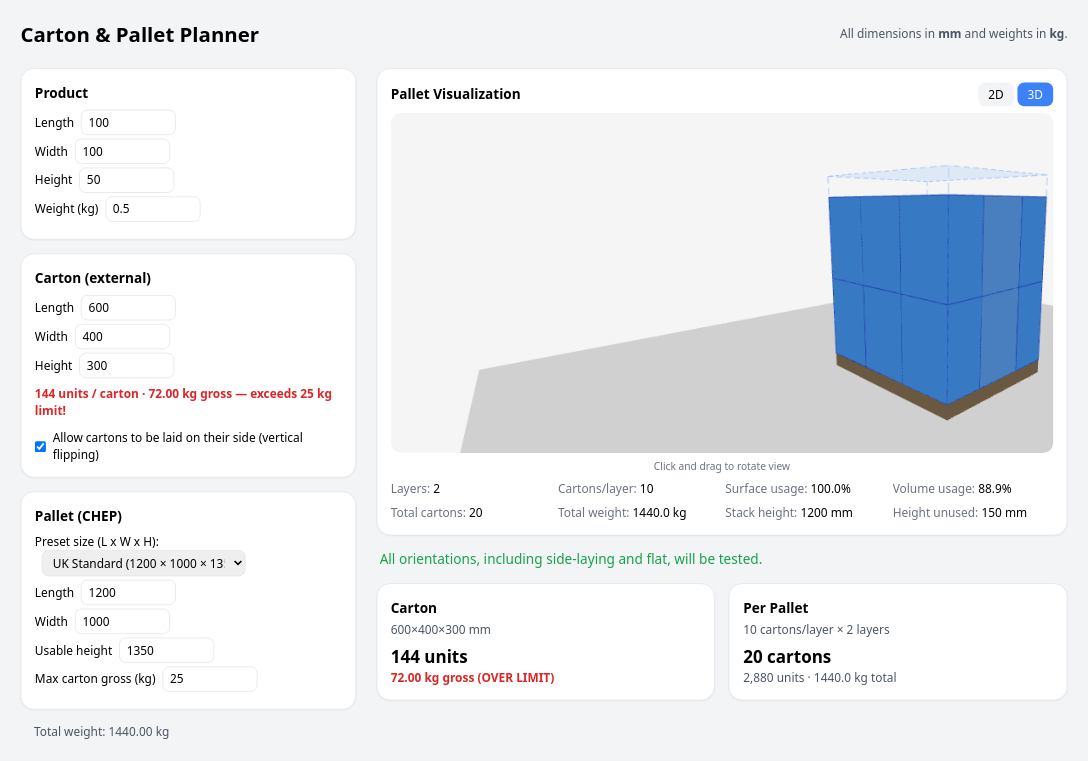
Repository: beesmart/Warehouse-Apps
Page: index.html
The author's editor kept a copy of each file at every save. The page is drawn from the files as they stood at one save, then again after a run of saves.
The browser window is 1280 px wide. The pictures show the whole page, at 85% of full size.
Some web libraries are served in a nearby version.

Above is the page before, as saved 2025-10-21 10:47:03.

After the next 2 saves:
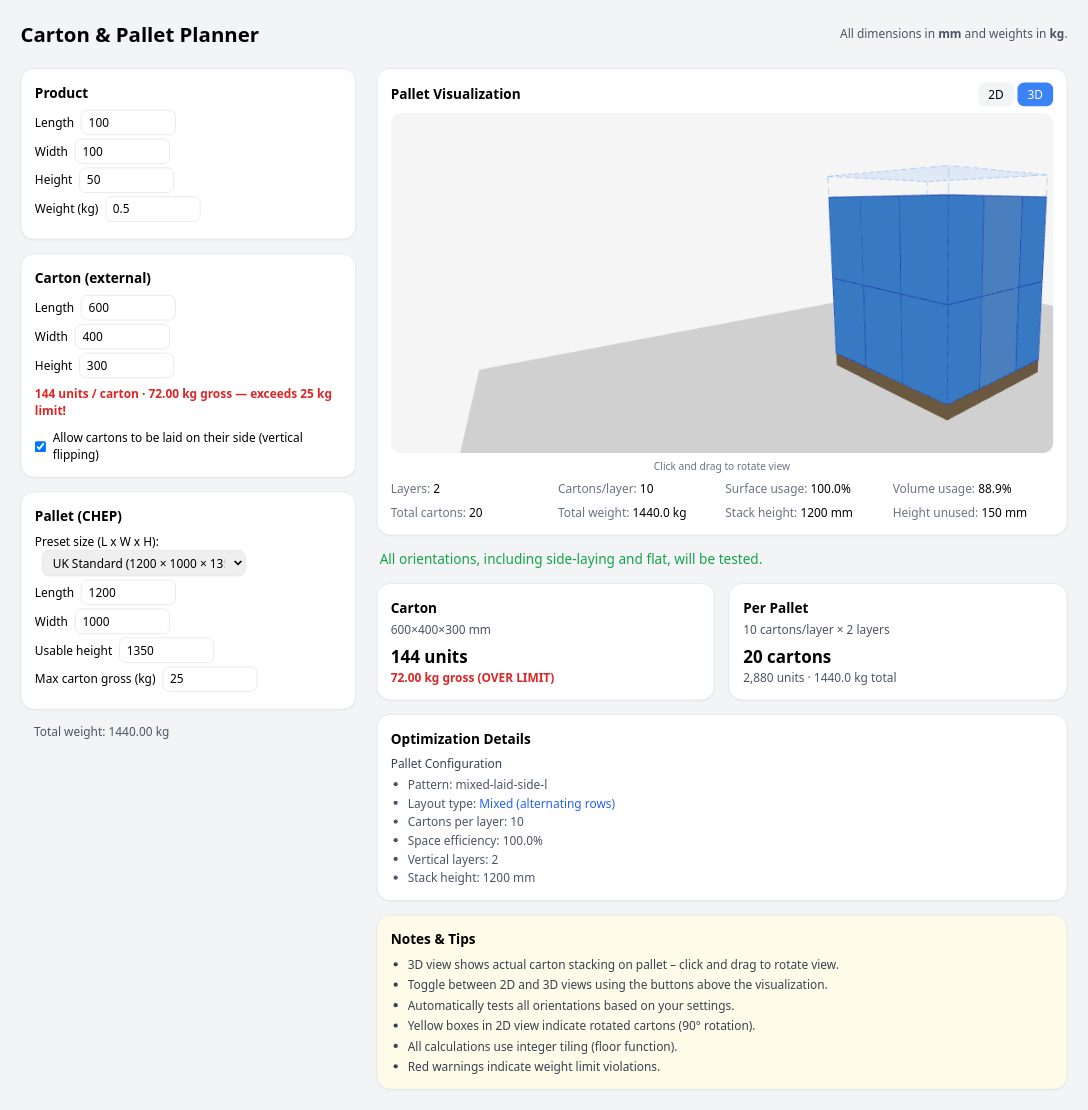
The 2 saves are shown as one change because they came seconds apart.
The last was saved 17 s later.
--- a/js/app.js
+++ b/js/app.js
@@ -12,8 +12,8 @@ window.CartonApp.MainApp = function() {
     InputSection,
     MetricCard,
     PalletSizeSelector,
-    // OptimizationDetails,
-    // NotesAndTips,
+    OptimizationDetails,
+    NotesAndTips,
     PalletView3D
   } = window.CartonApp.Components;
 
@@ -173,15 +173,15 @@ window.CartonApp.MainApp = function() {
           })
         ),
 
-        // // Optimization Details
-        // React.createElement(OptimizationDetails, {
-        //   palletTile: palletTile,
-        //   limits: limits,
-        //   palletLayers: palletLayers
-        // }),
-
-        // // Notes and Tips
-        // React.createElement(NotesAndTips)
+        // Optimization Details
+        React.createElement(OptimizationDetails, {
+          palletTile: palletTile,
+          limits: limits,
+          palletLayers: palletLayers
+        }),
+
+        // Notes and Tips
+        React.createElement(NotesAndTips)
       )
     )
   );
